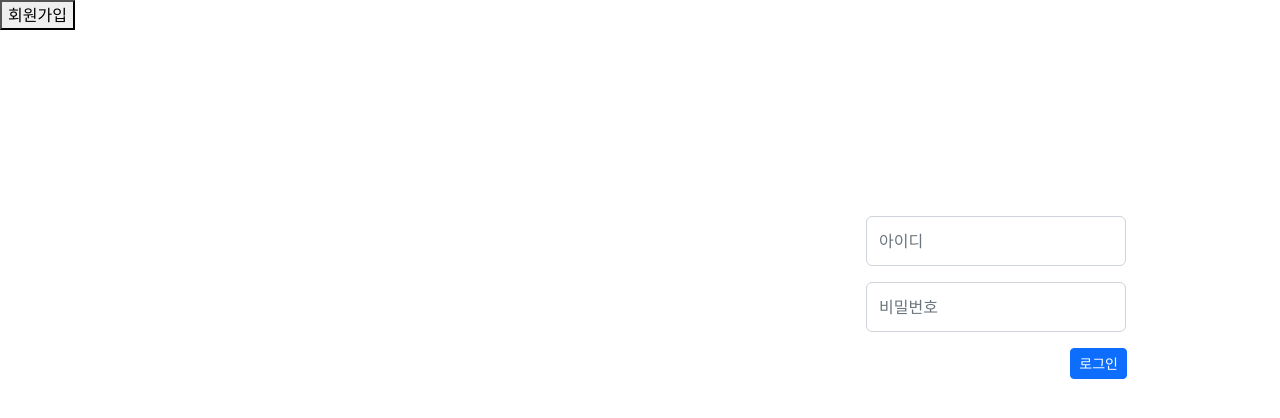
Repository: kokoko12334/myvocab-toy
Page: http://localhost/myVocabularyList/home.jsp
These files come from the project's save history. The page is drawn as it stood at one moment and after the next save; the edit follows.
The browser window is 1280 px wide. The pictures show the whole page.
The page is served by Tomcat 9. Other server files are loaded and not shown.

Above is the page before, as saved 2023-04-08 04:28:17.

### myVocabularyList/src/main/webapp/home.jsp
<%@ page language="java" contentType="text/html; charset=UTF-8"
    pageEncoding="UTF-8"%>

<%@ taglib prefix="c" uri = "http://java.sun.com/jsp/jstl/core" %>

<!DOCTYPE html>
<html>
<head>
<meta charset="UTF-8">
<title>영어단어장 홈화면</title>
<link href="https://cdn.jsdelivr.net/npm/bootstrap@5.2.3/dist/css/bootstrap.min.css" rel="stylesheet" integrity="sha384-rbsA2VBKQhggwzxH7pPCaAqO46MgnOM80zW1RWuH61DGLwZJEdK2Kadq2F9CUG65" crossorigin="anonymous">

</head>

<body>

	<div  style="float: right;width: 414px;margin-top: 200px;text-align:right" >

		<form action = "/login" method = "post" style="height: 164px;width: 261px;">
			<input class="form-control my-3" style = "height:50px; width: 260px;" type = "text" name = "id" placeholder = "아이디">
			<input class="form-control my-3" style = "height:50px; width: 260px;" type = "password" name = "pwd" placeholder = "비밀번호">
			<button  class="btn btn-primary btn-sm" >로그인</button>

		</form>
	</div>

	<div>
		<button type="button"  onClick="location.href='joinForm.jsp'">회원가입</button>
	</div>


</body>

</html>

After the next save:
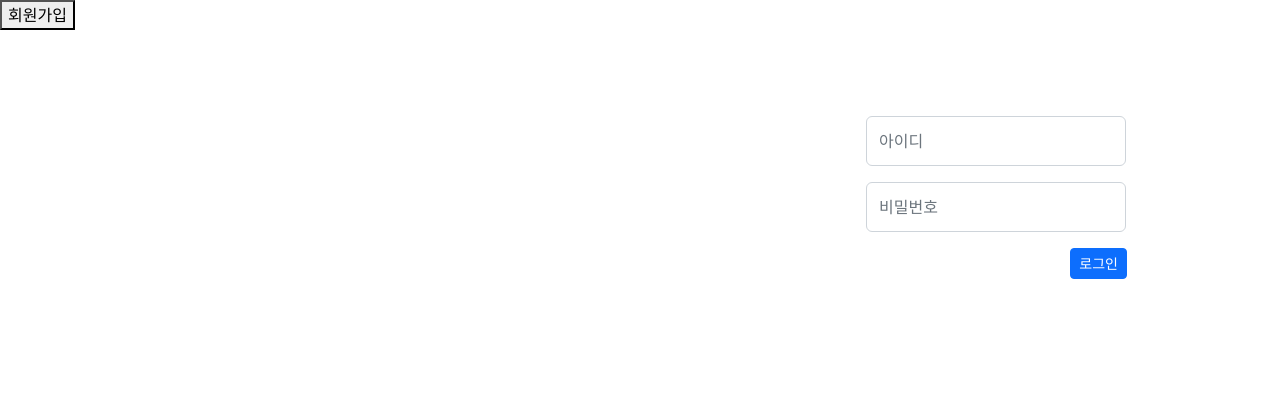
Saved 7 s later.
--- a/myVocabularyList/src/main/webapp/home.jsp
+++ b/myVocabularyList/src/main/webapp/home.jsp
@@ -14,7 +14,7 @@
 
 <body>
 
-	<div  style="float: right;width: 414px;margin-top: 200px;text-align:right" >
+	<div  style="float: right;width: 414px;margin-top: 100px;text-align:right" >
 
 		<form action = "/login" method = "post" style="height: 164px;width: 261px;">
 			<input class="form-control my-3" style = "height:50px; width: 260px;" type = "text" name = "id" placeholder = "아이디">
